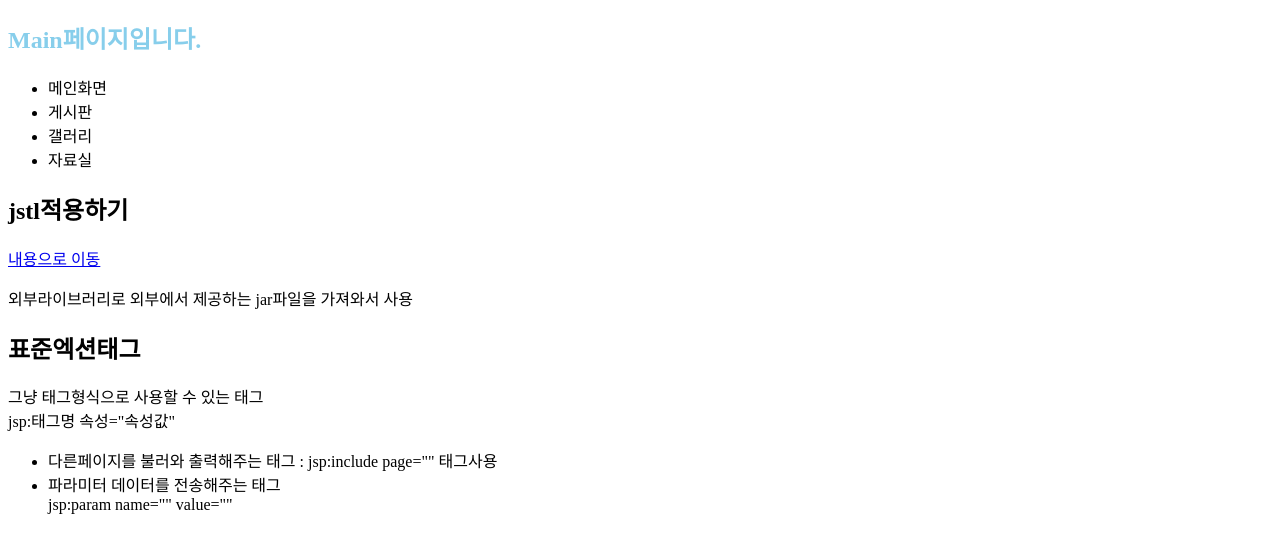
Repository: yongmin0309/mybatis1
Page: http://localhost/eL_JSTL/
The author's editor kept a copy of each file at every save. The page is drawn from the files as they stood at one save, then again after a run of saves.
The browser window is 1280 px wide. The pictures show the whole page.
The page is served by Tomcat 9.

Above is the page before, as saved 2024-04-20 05:39:14.

After the next 2 saves:
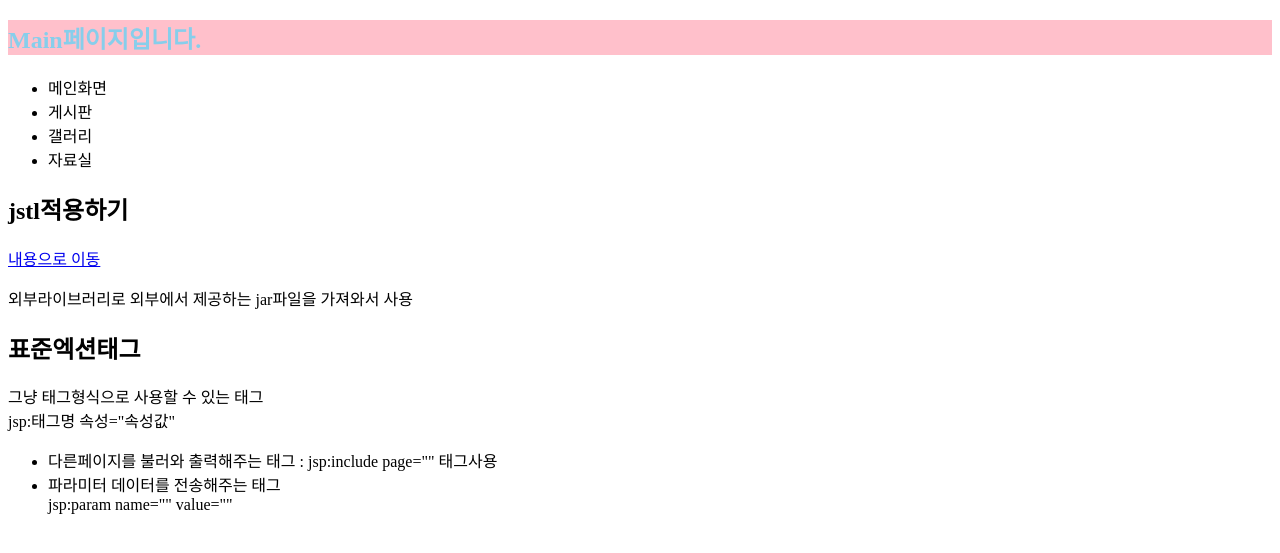
The 2 saves are shown as one change because they came seconds apart.
The last was saved 52 s later.
--- a/work/eL_JSTL/src/main/webapp/index.jsp
+++ b/work/eL_JSTL/src/main/webapp/index.jsp
@@ -5,7 +5,7 @@
 <%@ taglib prefix="fmt" uri="http://java.sun.com/jsp/jstl/fmt" %>
 <jsp:include page="/views/common/header.jsp">
 	<jsp:param name="title" value="Main"/>
-	<jsp:param name="style" value="color:skyblue; background-color:yeellow;"/>
+	<jsp:param name="style" value="color:skyblue; background-color:pink;"/>
 </jsp:include>
 
 
